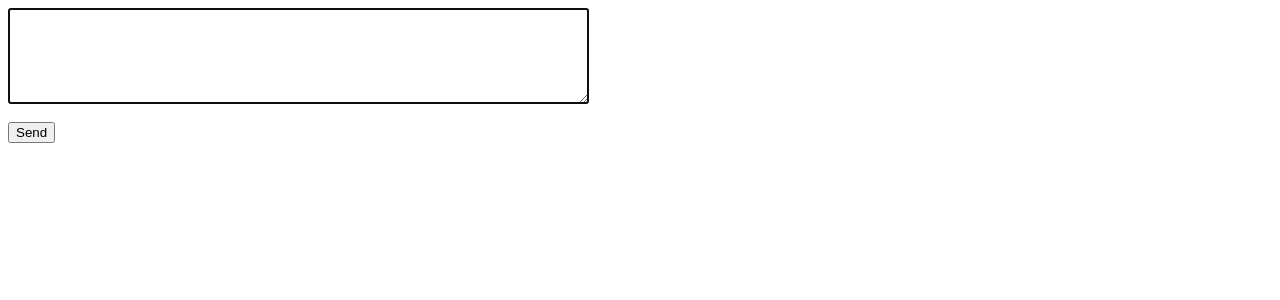
Repository: Aubtin/ProjectX2
Page: http://localhost/ProjectXWeb/
The author's editor kept a copy of each file at every save. The page is drawn from the files as they stood at one save, then again after the next save.
The browser window is 1280 px wide. The pictures show the whole page.
The page is served by Tomcat 9.

Above is the page before, as saved 2015-06-30 21:45:32.

After the next save:
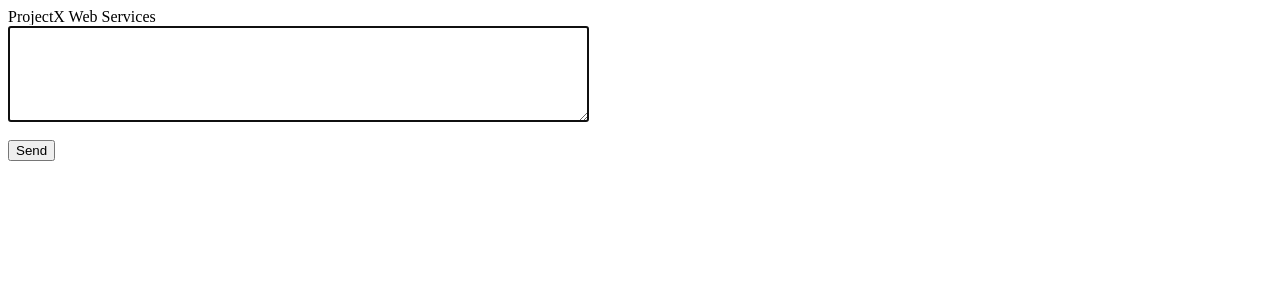
Saved 45 s later.
--- a/ProjectXWeb/WebContent/index.jsp
+++ b/ProjectXWeb/WebContent/index.jsp
@@ -5,6 +5,7 @@
 <head>
 <meta http-equiv="Content-Type" content="text/html; charset=ISO-8859-1">
 <title>ProjectX Web Service</title>
+<hr1>ProjectX Web Services</hr1>
 </head>
 <body>
 <form action = "ProjectXServlet" method="POST">
